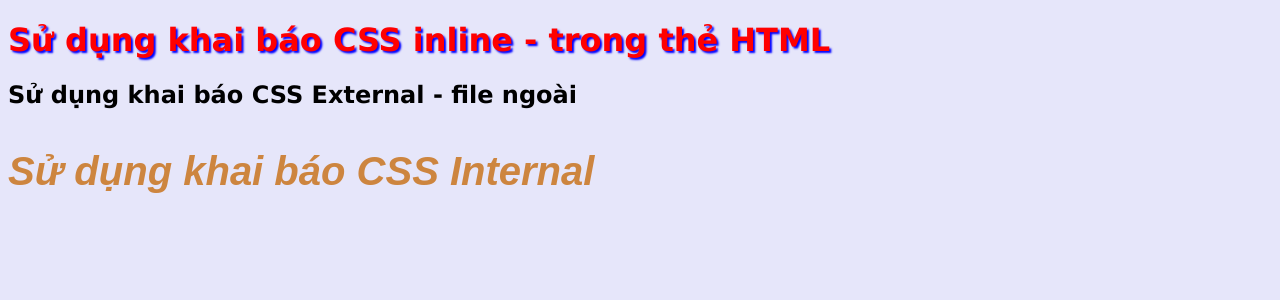
Repository: Pr-DuyTam/HTML-CSS-JS-PHP
Page: CSS/Bài Tập CSS/Bai1.html
The author's editor kept a copy of each file at every save. The page is drawn from the files as they stood at one save, then again after the next save.
The browser window is 1280 px wide. The pictures show the whole page.

Above is the page before, as saved 2023-08-03 08:43:38.

### CSS/Bài Tập CSS/Bai1.html
<!DOCTYPE html>
<html lang="en">
<head>
    <meta charset="UTF-8">
    <meta name="viewport" content="width=device-width, initial-scale=1.0">
    <title>Bài tập 1</title>
    <link rel="stylesheet" href="dinhdang.css" tyle="text/css">
    <style type="text/css">
        h1{
            color: red;
            text-shadow: 2px 2px 2px blue; /*Tạo bóng cho chữ*/
        }
        p{
            font-family: Arial, Helvetica, sans-serif; /*Phông chữ*/
            font-size: 40px; /*cỡ chữ*/
            font-style: italic; /*Chữ nghiêng*/
            font-weight: bold; /*Độ dày của chữ và giá trị in đậm*/
            color: peru;

        }
    </style>
</head>
<body>
    <h1 >
        Sử dụng khai báo CSS inline - trong thẻ HTML
    </h1>
    <h2>Sử dụng khai báo CSS External - file ngoài</h2>
    <p>Sử dụng khai báo CSS Internal</p>
</body>
</html>

### CSS/Bài Tập CSS/dinhdang.css
body{
    background-color: lavender;
    font-family: Verdana, Geneva, Tahoma, sans-serif
}

After the next save:
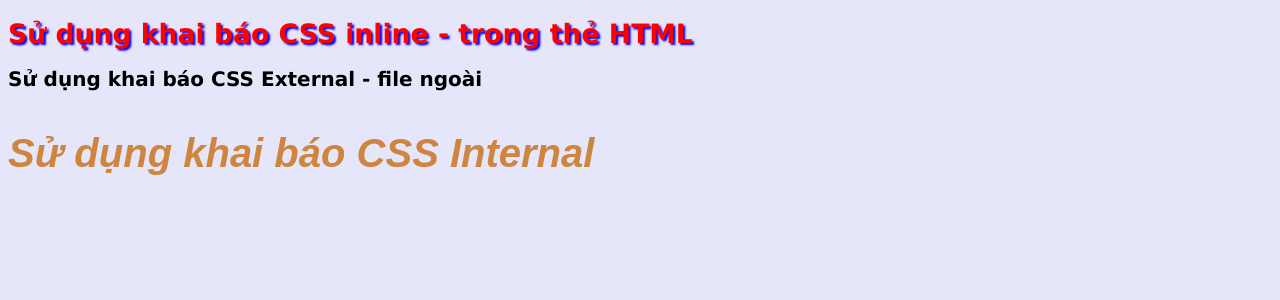
Saved 16 s later.
--- a/CSS/Bài Tập CSS/dinhdang.css
+++ b/CSS/Bài Tập CSS/dinhdang.css
@@ -1,4 +1,6 @@
 body{
     background-color: lavender;
-    font-family: Verdana, Geneva, Tahoma, sans-serif
+    font-family: Verdana, Geneva, Tahoma, sans-serif;
+    font-size: 10pt;
+
 }
